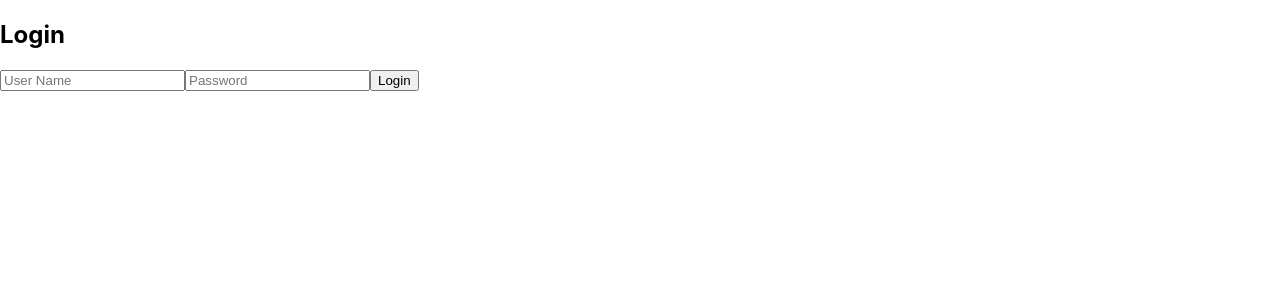
Repository: dechavez4/CA3_frontend
Page: /
The author's editor kept a copy of each file at every save. The page is drawn from the files as they stood at one save, then again after the next save.
The browser window is 1280 px wide. The pictures show the whole page.
The project was rebuilt for these pictures with package versions that can differ from the ones it lists, and the page was loaded fresh each time.

Above is the page before, as saved 2019-11-15 13:28:36.

### src/index.css
body {
  margin: 0;
  font-family: -apple-system, BlinkMacSystemFont, "Segoe UI", "Roboto", "Oxygen",
    "Ubuntu", "Cantarell", "Fira Sans", "Droid Sans", "Helvetica Neue",
    sans-serif;
  -webkit-font-smoothing: antialiased;
  -moz-osx-font-smoothing: grayscale;
}

code {
  font-family: source-code-pro, Menlo, Monaco, Consolas, "Courier New",
    monospace;
}

ul.header {
  list-style-type: none;
  margin: 0;
  padding: 0;
  overflow: hidden;
  background-color: #333;
 }

 ul.header li { float: left;}

 ul.header li a {
  display: block;
  color: white;
  text-align: center;
  padding: 14px 16px;
  text-decoration: none;
 }
 ul.header li a:hover:not(.active) { background-color: #111;}
 .active { background-color: #4CAF50;}

### src/App.js
import React, { useState, useEffect } from "react"
import { BrowserRouter as Router } from "react-router-dom"
import { NavLink, Switch, Route } from "react-router-dom"
import facade from "./apiFacade";


function Home() {
  const [dataFromServer, setDataFromServer] = useState("Loading...")

  useEffect(() => {
    facade.fetchData().then(data => setDataFromServer(data.msg));
  }, [])
  return (
    < div >
      <h1>Home</h1>
      <h2>Data Received from server</h2>
      <h3>{dataFromServer}</h3>
    </div >
  )
}


const Products = () => (
  <div>
    <h1>People</h1>
  </div>
)

const ReadMe = () => (
  <div>
    <h1>README</h1>
  </div>
)

const Company = () => (
  <div>
    <h1>Company</h1>
  </div>
)

const NoMatch = () => (
  <div>
    <h1>Page not found</h1>
  </div>
)

const Profil = () => (
  <div>
    <h1>{facade.getInfo().username}</h1>
    {console.log(facade.getInfo())}
    <p>{facade.getInfo().issuer}</p>
    <p>{facade.getInfo().roles}</p>
    <p>{facade.getInfo().username}</p>
  </div>
)

const Logout = ({ logout }) => {
  return (
    <div>
      <h1>Logout</h1>
      <button onClick={logout}>Logout</button>
    </div>

  )
}
const Header = (props) => {
  if (facade.getRole() === "admin") {
    return (
      <ul className="header">
        <li>
          <NavLink activeclassname="active" to="/Home">Home</NavLink>
        </li>
        <li>
          <NavLink activeclassname="active" to="/Products">People</NavLink>
        </li>
        <li>
          <NavLink activeclassname="active" to="/Company">Company</NavLink>
        </li>
        <li>
          <NavLink activeclassname="active" to="/ReadMe">README</NavLink>
        </li>
        <li style={{ float: "right" }}>
    <NavLink activeclassname="active" to="/Profil">{facade.getInfo().username}</NavLink>
        </li>
        <li style={{ float: "right" }}>
          <NavLink activeclassname="active" to="/Logout">Logout</NavLink>
        </li>
      </ul>
    );
  }
  return (
    <ul className="header">
      <li>
        <NavLink activeClassName="active" to="/Home">Home</NavLink>
      </li>
      <li>
        <NavLink activeClassName="active" to="/ReadMe">ReadMe</NavLink>
      </li>
      <li style={{float: "right"}}>
        <NavLink activeClassName="active" to="/Profil">{facade.getInfo().username}</NavLink>
      </li>
      <li style={{ float: "right" }}>
          <NavLink activeclassname="active" to="/Logout">Logout</NavLink>
        </li>
    </ul>
  )

}
const Content = props => {
  return (
    <Switch>
      <Route path="/Home">
        <Home />
      </Route>
      <Route path="/Products">
        <Products />
      </Route>
      <Route path="/Company">
        <Company />
      </Route>
      <Route path="/ReadMe">
        <ReadMe />
      </Route>
      <Route path="/Profil">
        <Profil />
      </Route>
      <Route path="/logout">
        <Logout logout={props.logout} />
      </Route>
      <Route path="*">
        <NoMatch />
      </Route>
    </Switch>
  )
}


function LogIn({ login }) {
  const init = { username: "", password: "" };
  const [loginCredentials, setLoginCredentials] = useState(init);

  const performLogin = (evt) => {
    evt.preventDefault();
    login(loginCredentials.username, loginCredentials.password);
  }
  const onChange = (evt) => {
    setLoginCredentials({ ...loginCredentials, [evt.target.id]: evt.target.value })
  }


  return (
    <div>
      <h2>Login</h2>
      <form onChange={onChange} >
        <input placeholder="User Name" id="username" />
        <input placeholder="Password" id="password" />
        <button onClick={performLogin}>Login</button>
      </form>
    </div>
  )

}
function LoggedIn({ logout }) {

  return (
    <div className="App">
      <Router>
        <Header />
        <Content logout={logout} />
      </Router>
    </div>
  )
}


function App() {
  const [loggedIn, setLoggedIn] = useState(false)

  const logout = () => {
    facade.logout()
    setLoggedIn(false)
  }
  const login = (user, pass) => {
    facade.login(user, pass)
      .then(res => setLoggedIn(true));
  }

  return (
    <div>

      {!loggedIn ? (<LogIn login={login} />) :
        <Router>
          <LoggedIn logout={logout} />
        </Router>
      }
    </div>
  )

}
export default App;

### src/apiFacade.js
const URL = "https://renzcph.dk/security/";

function handleHttpErrors(res) {
    if (!res.ok) {
        return Promise.reject({ status: res.status, fullError: res.json() })
    }
    return res.json();
}

function apiFacade() {
    /* Insert utility-methods from a latter step (d) here (REMEMBER to uncomment in the returned object when you do)*/

    const setToken = (token) => {
        localStorage.setItem('jwtToken', token)
    }
    const getToken = () => {
        return localStorage.getItem('jwtToken')
    }
    const loggedIn = () => {
        const loggedIn = getToken() != null;
        return loggedIn;
    }
    const logout = () => {
        localStorage.removeItem("jwtToken");
    }

    const getRole = () => {
        let jwt = localStorage.getItem("jwtToken");
        let jwtdata = jwt.split(".")[1];
        let decodedJwtJsonData = window.atob(jwtdata);
        let decodedJwtData = JSON.parse(decodedJwtJsonData);
        //console.log(decodedJwtData);
        return decodedJwtData.roles;
    }

    const getInfo = () => {
        let jwt = localStorage.getItem("jwtToken");
        let jwtdata = jwt.split(".")[1];
        let decodedJwtJsonData = window.atob(jwtdata);
        let decodedJwtData = JSON.parse(decodedJwtJsonData);
        //console.log(decodedJwtData);
        return decodedJwtData;
    }

    const login = (user, password) => {
        const options = makeOptions("POST", true, { username: user, password: password });
        return fetch(URL + "/api/login", options)
            .then(handleHttpErrors)
            .then(res => { setToken(res.token) })
    }

    const fetchData = () => {
        const options = makeOptions("GET", true); //True add's the token
        if (getRole() === "admin") {
            return fetch(URL + "/api/info/admin", options).then(handleHttpErrors);
        }
        return fetch(URL + "/api/info/user", options).then(handleHttpErrors);
    }
    const makeOptions = (method, addToken, body) => {
        var opts = {
            method: method,
            headers: {
                "Content-type": "application/json",
                'Accept': 'application/json',
            }
        }
        if (addToken && loggedIn()) {
            opts.headers["x-access-token"] = getToken();
        }
        if (body) {
            opts.body = JSON.stringify(body);
        }
        return opts;
    }
    return {
        // Remember all statements below are a shortcut for this version:
        makeOptions,
        setToken,
        getToken,
        loggedIn,
        login,
        logout,
        fetchData,
        getRole,
        getInfo
    }
}
const facade = apiFacade();
export default facade;

Loaded but not shown: public/index.html (common file); src/index.js (common file)

After the next save:
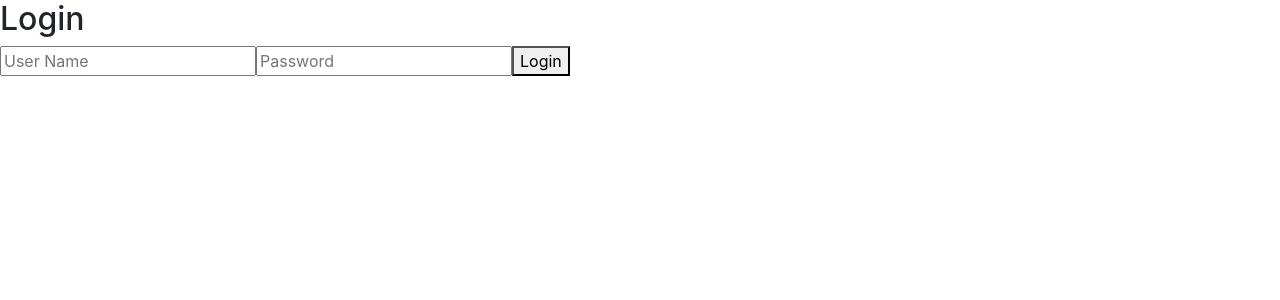
Saved 60 s later.
--- a/src/App.js
+++ b/src/App.js
@@ -2,6 +2,7 @@
 import { BrowserRouter as Router } from "react-router-dom"
 import { NavLink, Switch, Route } from "react-router-dom"
 import facade from "./apiFacade";
+import 'bootstrap/dist/css/bootstrap.min.css'
 
 
 function Home() {
